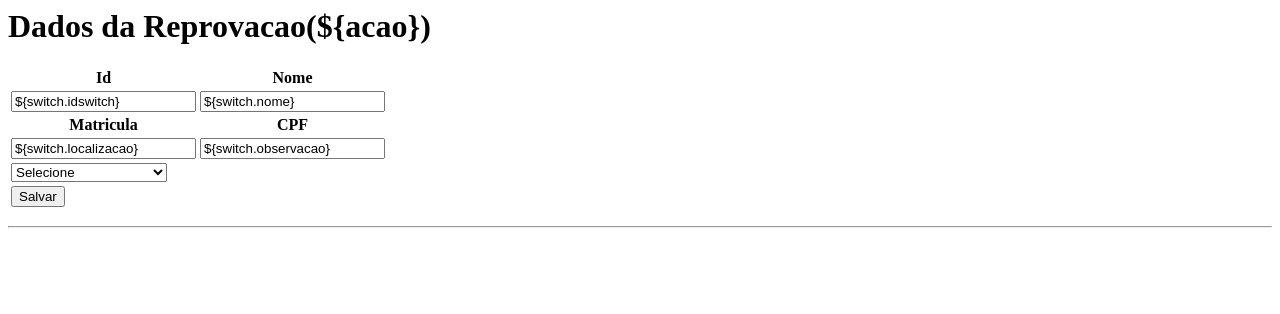
Repository: WilliamEstrela/trabalho1VA-PROG4
Page: CRUDLanManagerV5/WebContent/manterreprovacao/editform.html
These files come from the project's save history. The page is drawn as it stood at one moment and after the next save; the edit follows.
The browser window is 1280 px wide. The pictures show the whole page.

Above is the page before, as saved 2019-09-05 22:27:29.

After the next save:
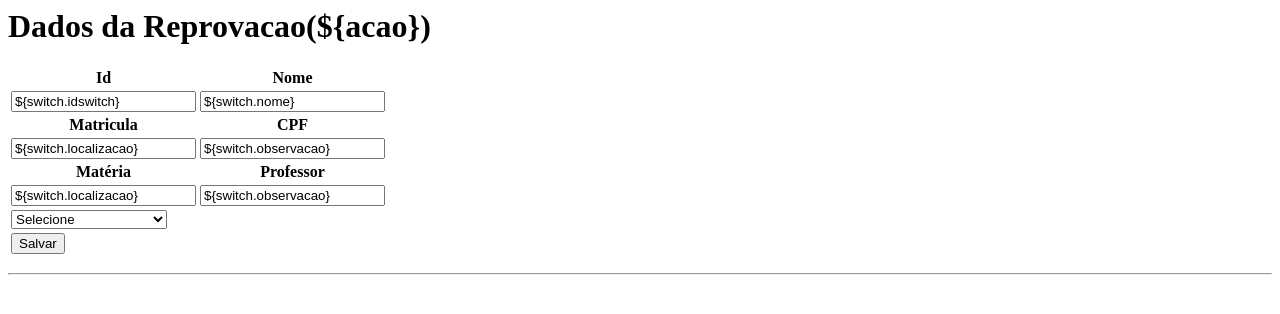
Saved 23 s later.
--- a/CRUDLanManagerV5/WebContent/manterreprovacao/editform.html
+++ b/CRUDLanManagerV5/WebContent/manterreprovacao/editform.html
@@ -20,6 +20,14 @@
 	<td><input type="text" name="observacao" value="${switch.observacao}"></td>
 </tr>
 <tr>
+	<th>Matéria</th>
+	<th>Professor</th>
+</tr>
+<tr>
+	<td><input type="text" name="localizacao" value="${switch.localizacao}"></td>
+	<td><input type="text" name="observacao" value="${switch.observacao}"></td>
+</tr>
+<tr>
 	<td>
 	<select name="tipo_idtipo">
 	    <option value="">Selecione</option>
